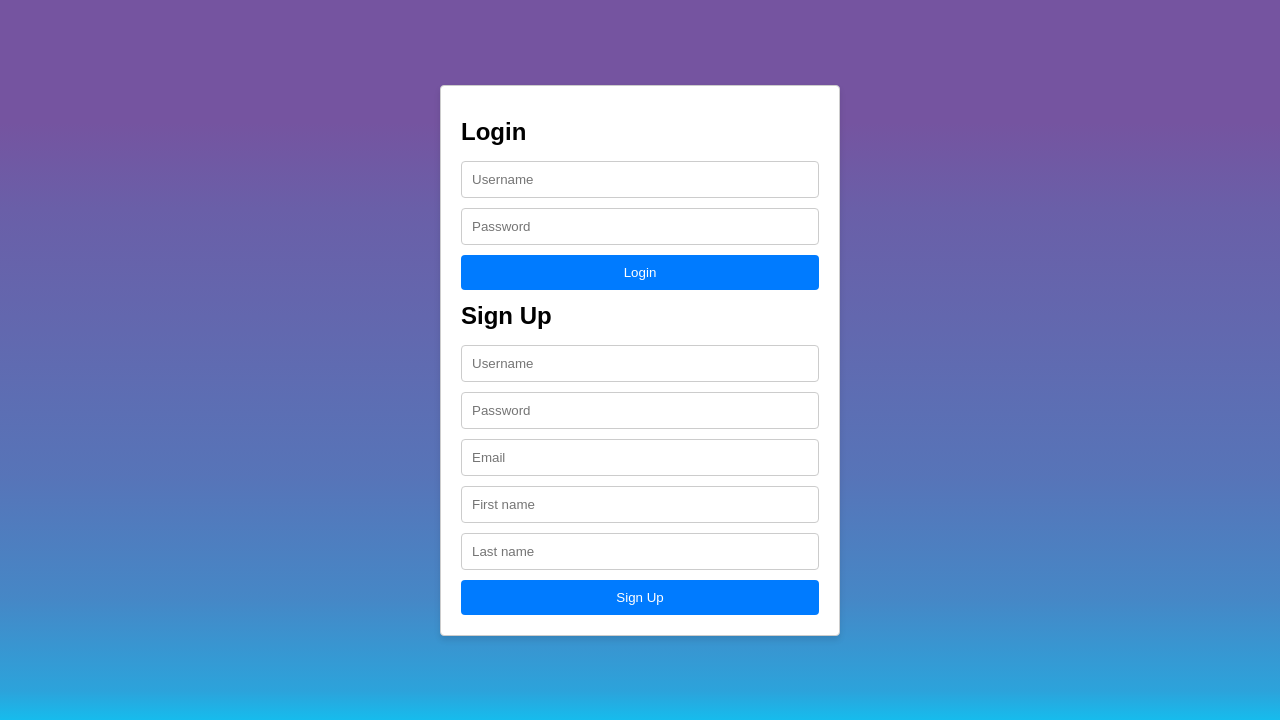
Repository: elqueben/message
Page: / (app in message-app/)
The author's editor kept a copy of each file at every save. The page is drawn from the files as they stood at one save, then again after the next save.
The browser window is 1280 px wide. The pictures show the whole page.
The project was rebuilt for these pictures with package versions that can differ from the ones it lists, and the page was loaded fresh each time. Also part of the build but not shown: message-app/vite.config.js.

Above is the page before, as saved 2023-05-08 15:33:32.

### message-app/src/style.css
* {
  font-family: Arial;
  box-sizing: border-box;
}

body {
  margin: 0;
}

.login-page {
  width: 100vw;
  height: 100vh;
  background: linear-gradient(
    180deg,
    rgba(117, 84, 160, 1) 7%,
    rgba(117, 84, 160, 1) 17%,
    rgba(106, 95, 168, 1) 29%,
    rgba(99, 103, 174, 1) 44%,
    rgba(87, 116, 184, 1) 66%,
    rgba(70, 135, 198, 1) 83%,
    rgba(44, 163, 219, 1) 96%,
    rgba(22, 188, 237, 1) 100%,
    rgba(0, 212, 255, 1) 100%
  );
  display: flex;
  justify-content: center;
  align-items: center;
}

.card {
  width: 400px;
  padding: 20px;
  border: 1px solid #ccc;
  border-radius: 4px;
  background-color: #fff;
  box-shadow: 0 4px 6px rgba(0, 0, 0, 0.1);
}

.title {
  font-size: 24px;
  font-weight: bold;
  margin-top: 0.75rem;
  margin-bottom: 15px;
}

input {
  width: 100%;
  padding: 10px;
  margin-bottom: 10px;
  border: 1px solid #ccc;
  border-radius: 4px;
  transition: border-color 0.2s ease-in-out;
}

input:focus {
  outline: none;
  border-color: #007bff;
}

button {
  width: 100%;
  padding: 10px;
  background-color: #007bff;
  color: #fff;
  border: none;
  border-radius: 4px;
  cursor: pointer;
  transition: background-color 0.2s ease-in-out;
}

button:hover {
  background-color: #0056b3;
}

### message-app/src/App.vue
<script setup>
import AuthPage from "./AuthPage/index.vue";
//import ChatsPage from "./ChatsPage/index.vue";
</script>

<template>
  <AuthPage v-if="!user" @onAuth="handleAuth" />
  <ChatsPage
    v-else
    v-bind:username="user.username"
    v-bind:secret="user.secret"
  />
</template>

<script>
export default {
  data() {
    return {
      user: undefined,
    };
  },
  methods: {
    handleAuth(user) {
      this.user = user;
    },
  },
};
</script>

### message-app/src/AuthPage/index.vue
<template>
    <div class="login-page">
      <div class="card">
        <form @submit.prevent="login">
          <div class="title">Login</div>
          <input placeholder="Username" type="text" v-model="username" />
          <input placeholder="Password" type="password" v-model="password" />
          <button type="submit">Login</button>
        </form>

        <form @submit.prevent="signup">
          <div class="title">Sign Up</div>
          <input
            class="input"
            placeholder="Username"
            type="text"
            v-model="username"
          />
          <input placeholder="Password" type="password" v-model="password" />
          <input placeholder="Email" type="text" v-model="email" />
          <input placeholder="First name" type="text" v-model="first_name" />
          <input placeholder="Last name" type="text" v-model="last_name" />
          <button type="submit">Sign Up</button>
        </form>
      </div>
    </div>
  </template>

  <script>
  // import { loginRest, signupRest } from "./api";

  export default {
    data() {
      return {
        username: "",
        password: "",
        email: "",
        first_name: "",
        last_name: "",
      };
    },
    methods: {
      login() {
        // loginRest(this.username, this.password)
        //   .then((response) =>
        //     this.$emit("onAuth", { ...response.data, secret: this.password })
        //   )
        //   .catch((error) => console.log("Login error", error));
      },
      signup() {
        // signupRest(
        //   this.username,
        //   this.password,
        //   this.email,
        //   this.first_name,
        //   this.last_name
        // )
        //   .then((response) =>
        //     this.$emit("onAuth", { ...response.data, secret: this.password })
        //   )
        //   .catch((error) => console.log("Sign up error", error));
      },
    },
  };
  </script>

Loaded but not shown: message-app/index.html (common file); message-app/src/main.js (common file)

After the next save:
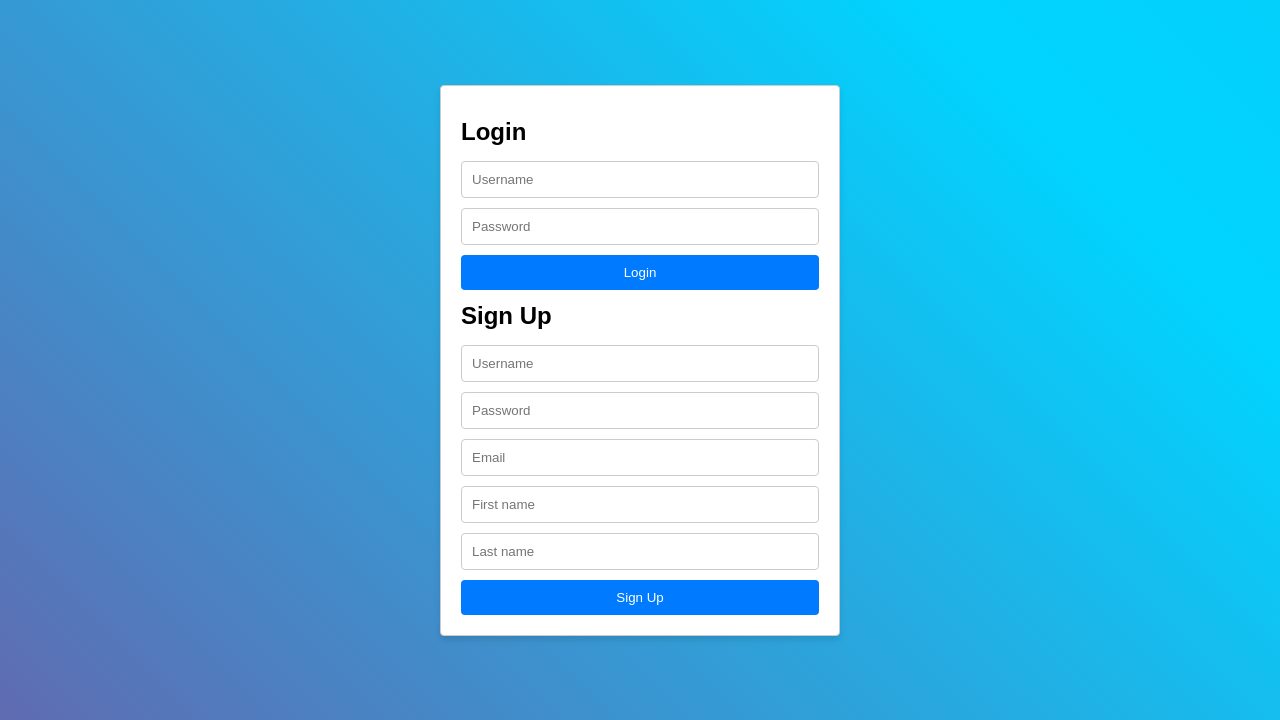
Saved 4 min 19 s later.
--- a/message-app/src/style.css
+++ b/message-app/src/style.css
@@ -10,21 +10,29 @@ body {
 .login-page {
   width: 100vw;
   height: 100vh;
-  background: linear-gradient(
-    180deg,
-    rgba(117, 84, 160, 1) 7%,
-    rgba(117, 84, 160, 1) 17%,
-    rgba(106, 95, 168, 1) 29%,
-    rgba(99, 103, 174, 1) 44%,
-    rgba(87, 116, 184, 1) 66%,
-    rgba(70, 135, 198, 1) 83%,
-    rgba(44, 163, 219, 1) 96%,
-    rgba(22, 188, 237, 1) 100%,
-    rgba(0, 212, 255, 1) 100%
-  );
   display: flex;
   justify-content: center;
   align-items: center;
+  background: linear-gradient(
+    45deg,
+    rgba(117, 84, 160, 1),
+    rgba(0, 212, 255, 1),
+    rgba(22, 188, 237, 1)
+  );
+  background-size: 200% 200%;
+  animation: flowBackground 5s ease-in-out infinite;
+}
+
+@keyframes flowBackground {
+  0% {
+    background-position: 0% 50%;
+  }
+  50% {
+    background-position: 100% 50%;
+  }
+  100% {
+    background-position: 0% 50%;
+  }
 }
 
 .card {
